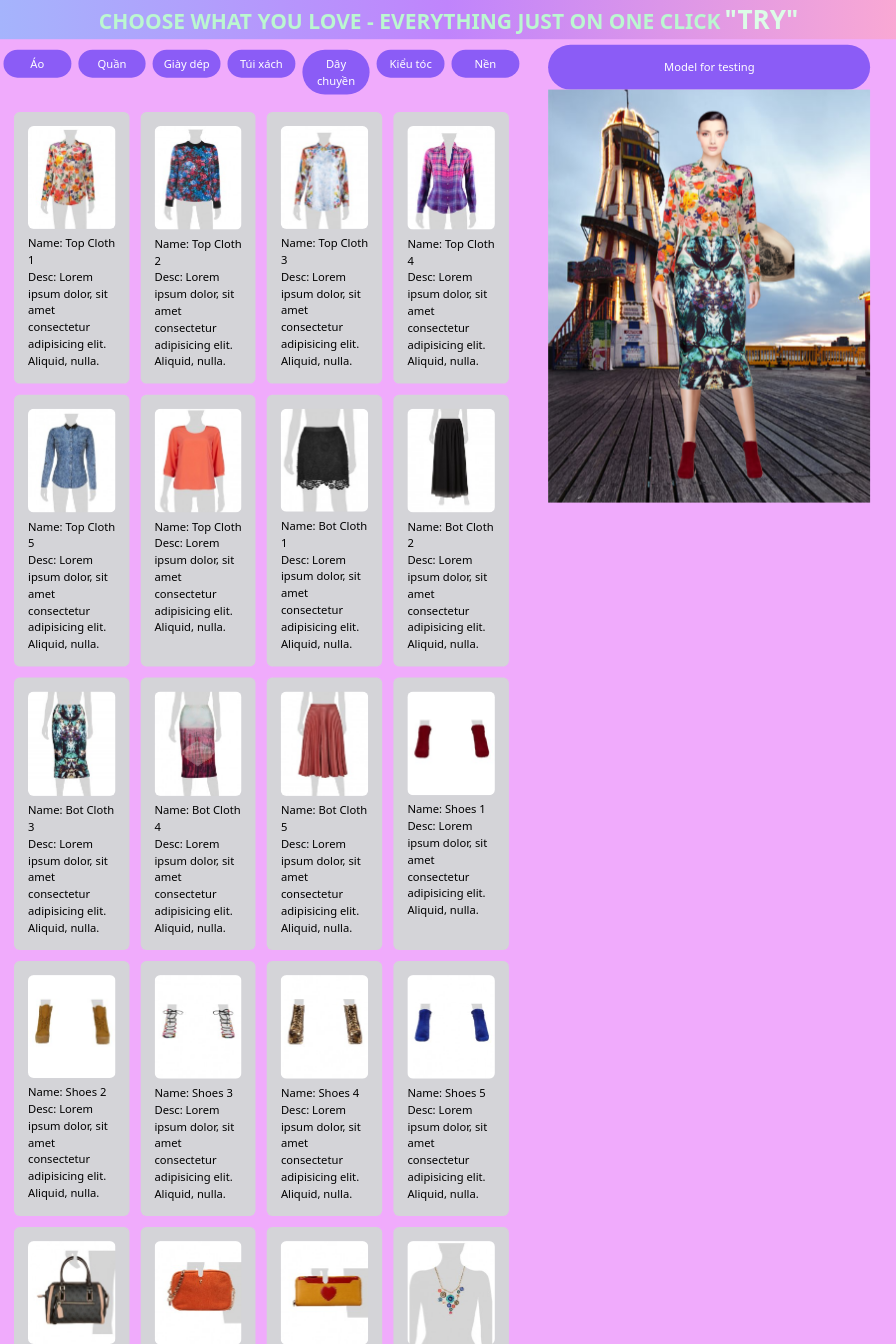
Repository: NguyenVietPhuQuy/ReactJs-TailWind-Redux-FunctionHook-ModelDesign
Page: / (app in modeldesign/)
An editor plug-in stored every save of this project. The page is shown before and after the next save, followed by the edit.
The browser window is 1280 px wide. The pictures show the part of the page from y = 0 to 1920 px (the page is 3468 px tall), at 70% of full size.
The project was rebuilt for these pictures with package versions that can differ from the ones it lists, and the page was loaded fresh each time. Also part of the build but not shown: modeldesign/src/App.css.

Above is the page before, as saved 2022-11-17 17:01:12.

### modeldesign/public/index.html
<!DOCTYPE html>
<html lang="en">
  <head>
    <meta charset="utf-8" />
    <link rel="icon" href="%PUBLIC_URL%/favicon.ico" />
    <meta name="viewport" content="width=device-width, initial-scale=1" />
    <meta name="theme-color" content="#000000" />
    <meta
      name="description"
      content="Web site created using create-react-app"
    />
    <!--bootstrap-->
    <link rel="stylesheet" href="https://cdnjs.cloudflare.com/ajax/libs/bootstrap/5.2.2/js/bootstrap.min.js">
    <link rel="apple-touch-icon" href="%PUBLIC_URL%/logo192.png" />
    <!--
      manifest.json provides metadata used when your web app is installed on a
      user's mobile device or desktop. See https://developers.google.com/web/fundamentals/web-app-manifest/
    -->
    <link rel="manifest" href="%PUBLIC_URL%/manifest.json" />
    <!--
      Notice the use of %PUBLIC_URL% in the tags above.
      It will be replaced with the URL of the `public` folder during the build.
      Only files inside the `public` folder can be referenced from the HTML.

      Unlike "/favicon.ico" or "favicon.ico", "%PUBLIC_URL%/favicon.ico" will
      work correctly both with client-side routing and a non-root public URL.
      Learn how to configure a non-root public URL by running `npm run build`.
    -->
    <title>React App</title>
  </head>
  <body>
    <noscript>You need to enable JavaScript to run this app.</noscript>
    <div id="root"></div>
    <!--
      This HTML file is a template.
      If you open it directly in the browser, you will see an empty page.

      You can add webfonts, meta tags, or analytics to this file.
      The build step will place the bundled scripts into the <body> tag.

      To begin the development, run `npm start` or `yarn start`.
      To create a production bundle, use `npm run build` or `yarn build`.
    -->
  </body>
</html>

### modeldesign/src/index.js
import React from 'react';
import ReactDOM from 'react-dom/client';
import './index.css';
import App from './App';
import reportWebVitals from './reportWebVitals';
import {Provider} from 'react-redux'
import store from './Components/Reducer/Store';
const root = ReactDOM.createRoot(document.getElementById('root'));
root.render(
  <React.StrictMode>
    <Provider store ={store}>
    <App/>
    </Provider>
  </React.StrictMode>
);

// If you want to start measuring performance in your app, pass a function
// to log results (for example: reportWebVitals(console.log))
// or send to an analytics endpoint. Learn more: https://bit.ly/CRA-vitals
reportWebVitals();

### modeldesign/src/App.js
import React from 'react';
import './App.css';
import Home from './Components/Home.js'
function App() {
  return (
    <div>
      <Home/>
    </div>
  );
}

export default App;

### modeldesign/src/Components/Reducer/Store.js
import {createStore} from "redux"
import rootReducer from "./RootReducer"

const store = createStore(rootReducer,window.__REDUX_DEVTOOLS_EXTENSION__ && window.__REDUX_DEVTOOLS_EXTENSION__())
export default store

### modeldesign/src/Components/Home.js
import React from "react";
import Header from './Header.js'
import Category from "./Category.js";
import ProductList from "./ProductList.js";
import Model from "./Model.js";
function Home() {
    return (
        <div className="container mx-auto relative bg-fuchsia-300">
            <section className=
            " bg-gradient-to-r from-indigo-300 via-purple-400 to-pink-300 w-full ring-2 ring-transparent">
                    <Header/>
            </section>
            <section className="main flex flex-row">
                <div className="basis-7/12">
                    <Category/>
                    <ProductList/>
                </div>
                <div className="basis-5/12">
                    <Model />
                </div>
            </section>
        </div>
    )
}
export default Home

### modeldesign/src/Components/Reducer/RootReducer.js
import { combineReducers } from "redux";
import ProductReducer from './ProductReducer'
import CategoryReducer from './CategoryReducer'

const RootReducer = combineReducers({
    products: ProductReducer,
    categories: CategoryReducer,

})

export default RootReducer

### modeldesign/src/Components/Header.js
import React from "react";
import 'animate.css'
function Header(){
    return (
        <div className="text-center text-3xl p-2 font-semibold text-green-200 ">
            CHOOSE WHAT YOU LOVE - EVERYTHING JUST ON ONE CLICK <span className="text-green-100 font-bold text-4xl animate__animated animate__pulse animate__infinite inline-block">"TRY" </span>
        </div>
    )
}
export default Header

### modeldesign/src/Components/Category.js
import React from "react";
import { useSelector } from 'react-redux'


function Category(props) {
    const returnValue = useSelector(state => state.categories.category)
    return (
        <div className=" flex flex-row w-full">
            {returnValue.map((item) => {
                return (
                    <div key={item.tabName}className="w-1/2" style={{marginTop: 10, padding:5}}>
                        <button className="p-2 w-full rounded-full text-white hover:text-pink-100
                         bg-violet-500 hover:bg-violet-600 active:bg-violet-700 focus:outline-none
                         ease-in duration-200"
                         style={{ outline:"none",border: "none"}} >
                            {item.showName}
                        </button>
                    </div>
                )
            })}
        </div>
    )
}

export default Category

### modeldesign/src/Components/ProductList.js
import React from "react";
import { useSelector } from "react-redux";
function ProductList() {
    const productList = useSelector(state => state.products.product)
    console.log(productList)
    return (
        <div className="grid grid-cols-4 gap-4 m-5 text-left">
            {productList.map(item => {
                return (
                    <div className="card hover:bg-zinc-400  bg-zinc-300 rounded-lg p-5 ease-in duration-100">
                        <img alt="" src={item.imgSrc_jpg}  className="rounded-lg flex-shrink-0 w-full"></img>
                        <div className="mt-2">
                        <span style={{display:"block"}}>Name: {item.name}</span>
                        <span style={{display:"block"}}>Desc: {item.desc}</span>
                        </div>
                    </div>
                )
            })}
        </div>)
}
export default ProductList

### modeldesign/src/Components/Model.js
import React from "react";
import './Model.css'
function Model() {
    return (
        <div className="p-2  justify-center items-center flex flex-col ">
            <div className="text-center p-5 rounded-full text-white hover:text-pink-100
                         bg-violet-500 hover:bg-violet-600 active:bg-violet-700 focus:outline-none
                         ease-in duration-200 flex  justify-center items-center "
                 style={{width:460}}
                         >Model for testing</div>
            <div className="contain  " style={{ backgroundImage: `url(/images/background/background1.jpg)` }}>
                <div className="body" style={{ backgroundImage: "url(images/allbody/bodynew.png)" }} />
                <div className="model" style={{ backgroundImage: "url(images/model/1000new.png)" }} />
                <div className="bikinitop" style={{ backgroundImage: `url(/images/allbody/bikini_bra.png)` }} />
                <div className="bikinitop top-cloth" style={{ backgroundImage: `url(/images/clothes/topcloth1.png)` }} />
                <div className="bikinibottom" style={{ backgroundImage: "url(images/allbody/bikini_pantsnew.png)" }} />
                <div className="bikinitop bot-cloth" style={{ backgroundImage: `url(/images/clothes/botcloth3.png)` }} />
                <div className="feetleft" style={{ backgroundImage: "url(images/allbody/feet_high_leftnew.png)" }} />
                <div className="feetright" style={{ backgroundImage: "url(images/allbody/feet_high_rightnew.png)" }} />
                <div className="shoes" style={{ backgroundImage: `url(/images/shoes/shoes1.png)` }} />
            </div>
        </div>)
}
export default Model

### modeldesign/src/Components/Reducer/ProductReducer.js

const initialState = {
    product: [{
        id: 'topcloth_1',
        type: "topclothes",
        name: "Top Cloth 1",
        desc: "Lorem ipsum dolor, sit amet consectetur adipisicing elit. Aliquid, nulla.",
        imgSrc_jpg: 'images/clothes/topcloth1_show.jpg',
        imgSrc_png: 'images/clothes/topcloth1.png',
    },
    {
        id: 'topcloth_2',
        type: "topclothes",
        name: "Top Cloth 2",
        desc: "Lorem ipsum dolor, sit amet consectetur adipisicing elit. Aliquid, nulla.",
        imgSrc_jpg: 'images/clothes/topcloth2_show.jpg',
        imgSrc_png: 'images/clothes/topcloth2.png',
    },
    {
        id: 'topcloth_3',
        type: "topclothes",
        name: "Top Cloth 3",
        desc: "Lorem ipsum dolor, sit amet consectetur adipisicing elit. Aliquid, nulla.",
        imgSrc_jpg: 'images/clothes/topcloth3_show.jpg',
        imgSrc_png: 'images/clothes/topcloth3.png',
    },
    {
        id: 'topcloth_4',
        type: "topclothes",
        name: "Top Cloth 4",
        desc: "Lorem ipsum dolor, sit amet consectetur adipisicing elit. Aliquid, nulla.",
        imgSrc_jpg: 'images/clothes/topcloth4_show.jpg',
        imgSrc_png: 'images/clothes/topcloth4.png',
    },
    {
        id: 'topcloth_5',
        type: "topclothes",
        name: "Top Cloth 5",
        desc: "Lorem ipsum dolor, sit amet consectetur adipisicing elit. Aliquid, nulla.",
        imgSrc_jpg: 'images/clothes/topcloth5_show.jpg',
        imgSrc_png: 'images/clothes/topcloth5.png',
    },
    {
        id: 'topcloth_6',
        type: "topclothes",
        name: "Top Cloth ",
        desc: "Lorem ipsum dolor, sit amet consectetur adipisicing elit. Aliquid, nulla.",
        imgSrc_jpg: 'images/clothes/topcloth6_show.jpg',
        imgSrc_png: 'images/clothes/topcloth6.png',
    },

    // Both clothes
    {
        id: 'botcloth_1',
        type: "botclothes",
        name: "Bot Cloth 1",
        desc: "Lorem ipsum dolor, sit amet consectetur adipisicing elit. Aliquid, nulla.",
        imgSrc_jpg: 'images/clothes/botcloth1_show.jpg',
        imgSrc_png: 'images/clothes/botcloth1.png',
    },
    {
        id: 'botcloth_2',
        type: "botclothes",
        name: "Bot Cloth 2",
        desc: "Lorem ipsum dolor, sit amet consectetur adipisicing elit. Aliquid, nulla.",
        imgSrc_jpg: 'images/clothes/botcloth2_show.jpg',
        imgSrc_png: 'images/clothes/botcloth2.png',
    },
    {
        id: 'botcloth_3',
        type: "botclothes",
        name: "Bot Cloth 3",
        desc: "Lorem ipsum dolor, sit amet consectetur adipisicing elit. Aliquid, nulla.",
        imgSrc_jpg: 'images/clothes/botcloth3_show.jpg',
        imgSrc_png: 'images/clothes/botcloth3.png',
    },
    {
        id: 'botcloth_4',
        type: "botclothes",
        name: "Bot Cloth 4",
        desc: "Lorem ipsum dolor, sit amet consectetur adipisicing elit. Aliquid, nulla.",
        imgSrc_jpg: 'images/clothes/botcloth4_show.jpg',
        imgSrc_png: 'images/clothes/botcloth4.png',
    },
    {
        id: 'botcloth_5',
        type: "botclothes",
        name: "Bot Cloth 5",
        desc: "Lorem ipsum dolor, sit amet consectetur adipisicing elit. Aliquid, nulla.",
        imgSrc_jpg: 'images/clothes/botcloth5_show.jpg',
        imgSrc_png: 'images/clothes/botcloth5.png',
    },

    // Shoes
    {
        id: 'shoes_1',
        type: "shoes",
        name: "Shoes 1",
        desc: "Lorem ipsum dolor, sit amet consectetur adipisicing elit. Aliquid, nulla.",
        imgSrc_jpg: 'images/shoes/shoes1_show.jpg',
        imgSrc_png: 'images/shoes/shoes1.png',
    },
    {
        id: 'shoes_2',
        type: "shoes",
        name: "Shoes 2",
        desc: "Lorem ipsum dolor, sit amet consectetur adipisicing elit. Aliquid, nulla.",
        imgSrc_jpg: 'images/shoes/shoes2_show.jpg',
        imgSrc_png: 'images/shoes/shoes2.png',
    },
    {
        id: 'shoes_3',
        type: "shoes",
        name: "Shoes 3",
        desc: "Lorem ipsum dolor, sit amet consectetur adipisicing elit. Aliquid, nulla.",
        imgSrc_jpg: 'images/shoes/shoes3_show.jpg',
        imgSrc_png: 'images/shoes/shoes3.png',
    },
    {
        id: 'shoes_4',
        type: "shoes",
        name: "Shoes 4",
        desc: "Lorem ipsum dolor, sit amet consectetur adipisicing elit. Aliquid, nulla.",
        imgSrc_jpg: 'images/shoes/shoes4_show.jpg',
        imgSrc_png: 'images/shoes/shoes4.png',
    },
    {
        id: 'shoes_5',
        type: "shoes",
        name: "Shoes 5",
        desc: "Lorem ipsum dolor, sit amet consectetur adipisicing elit. Aliquid, nulla.",
        imgSrc_jpg: 'images/shoes/shoes5_show.jpg',
        imgSrc_png: 'images/shoes/shoes5.png',
    },

    // Handbags
    {
        id: 'handbag_1',
        type: "handbags",
        name: "Handbag 1",
        desc: "Lorem ipsum dolor, sit amet consectetur adipisicing elit. Aliquid, nulla.",
        imgSrc_jpg: 'images/handbags/handbag1_show.jpg',
        imgSrc_png: 'images/handbags/handbag1.png',
    },
    {
        id: 'handbag_2',
        type: "handbags",
        name: "Handbag 2",
        desc: "Lorem ipsum dolor, sit amet consectetur adipisicing elit. Aliquid, nulla.",
        imgSrc_jpg: 'images/handbags/handbag2_show.jpg',
        imgSrc_png: 'images/handbags/handbag2.png',
    },
    {
        id: 'handbag_3',
        type: "handbags",
        name: "Handbag 3",
        desc: "Lorem ipsum dolor, sit amet consectetur adipisicing elit. Aliquid, nulla.",
        imgSrc_jpg: 'images/handbags/handbag3_show.jpg',
        imgSrc_png: 'images/handbags/handbag3.png',
    },

    // Necklaces
    {
        id: 'necklace_1',
        type: "necklaces",
        name: "Necklace 1",
        desc: "Lorem ipsum dolor, sit amet consectetur adipisicing elit. Aliquid, nulla.",
        imgSrc_jpg: 'images/necklaces/necklace1_show.jpg',
        imgSrc_png: 'images/necklaces/necklace1.png',
    },
    {
        id: 'necklace_2',
        type: "necklaces",
        name: "Necklace 2",
        desc: "Lorem ipsum dolor, sit amet consectetur adipisicing elit. Aliquid, nulla.",
        imgSrc_jpg: 'images/necklaces/necklace2_show.jpg',
        imgSrc_png: 'images/necklaces/necklace2.png',
    },
    {
        id: 'necklace_3',
        type: "necklaces",
        name: "Necklace 3",
        desc: "Lorem ipsum dolor, sit amet consectetur adipisicing elit. Aliquid, nulla.",
        imgSrc_jpg: 'images/necklaces/necklace3_show.jpg',
        imgSrc_png: 'images/necklaces/necklace3.png',
    },

    // Hairstyle
    {
        id: 'hairstyle_1',
        type: "hairstyle",
        name: "Hairstyle 1",
        desc: "Lorem ipsum dolor, sit amet consectetur adipisicing elit. Aliquid, nulla.",
        imgSrc_jpg: 'images/hairstyle/hairstyle1_show.jpg',
        imgSrc_png: 'images/hairstyle/hairstyle1.png',
    },
    {
        id: 'hairstyle_2',
        type: "hairstyle",
        name: "Hairstyle 2",
        desc: "Lorem ipsum dolor, sit amet consectetur adipisicing elit. Aliquid, nulla.",
        imgSrc_jpg: 'images/hairstyle/hairstyle2_show.jpg',
        imgSrc_png: 'images/hairstyle/hairstyle2.png',
    },
    {
        id: 'hairstyle_3',
        type: "hairstyle",
        name: "Hairstyle 3",
        desc: "Lorem ipsum dolor, sit amet consectetur adipisicing elit. Aliquid, nulla.",
        imgSrc_jpg: 'images/hairstyle/hairstyle3_show.jpg',
        imgSrc_png: 'images/hairstyle/hairstyle3.png',
    },

    // Background
    {
        id: 'background_1',
        type: "background",
        name: "Background 1",
        desc: "Lorem ipsum dolor, sit amet consectetur adipisicing elit. Aliquid, nulla.",
        imgSrc_jpg: 'images/background/background1_show.jpg',
        imgSrc_png: 'images/background/background1.jpg',
    },
    {
        id: 'background_2',
        type: "background",
        name: "Background 2",
        desc: "Lorem ipsum dolor, sit amet consectetur adipisicing elit. Aliquid, nulla.",
        imgSrc_jpg: 'images/background/background2_show.jpg',
        imgSrc_png: 'images/background/background2.jpg',
    },
    {
        id: 'background_3',
        type: "background",
        name: "Background 3",
        desc: "Lorem ipsum dolor, sit amet consectetur adipisicing elit. Aliquid, nulla.",
        imgSrc_jpg: 'images/background/background3_show.jpg',
        imgSrc_png: 'images/background/background3.jpg',
    },
    {
        id: 'background_4',
        type: "background",
        name: "Background 4",
        desc: "Lorem ipsum dolor, sit amet consectetur adipisicing elit. Aliquid, nulla.",
        imgSrc_jpg: 'images/background/background4_show.jpg',
        imgSrc_png: 'images/background/background4.jpg',
    },
    {
        id: 'background_5',
        type: "background",
        name: "Background 5",
        desc: "Lorem ipsum dolor, sit amet consectetur adipisicing elit. Aliquid, nulla.",
        imgSrc_jpg: 'images/background/background5_show.jpg',
        imgSrc_png: 'images/background/background5.jpg',
    },
    {
        id: 'background_6',
        type: "background",
        name: "Background 6",
        desc: "Lorem ipsum dolor, sit amet consectetur adipisicing elit. Aliquid, nulla.",
        imgSrc_jpg: 'images/background/background6_show.jpg',
        imgSrc_png: 'images/background/background6.jpg',
    },
    {
        id: 'background_7',
        type: "background",
        name: "Background 7",
        desc: "Lorem ipsum dolor, sit amet consectetur adipisicing elit. Aliquid, nulla.",
        imgSrc_jpg: 'images/background/background7_show.jpg',
        imgSrc_png: 'images/background/background7.jpg',
    },
    ],
}
const ProductReducer = (state = initialState) => {
    return state
}

export default ProductReducer

### modeldesign/src/Components/Reducer/CategoryReducer.js
const initialState ={
    category: [
        { tabName: 'tabTopClothes', showName: 'Áo', type: 'topclothes' },
        { tabName: 'tabBotClothes', showName: 'Quần', type: 'botclothes' },
        { tabName: 'tabShoes', showName: 'Giày dép', type: 'shoes' },
        { tabName: 'tabHandBags', showName: 'Túi xách', type: 'handbags' },
        { tabName: 'tabNecklaces', showName: 'Dây chuyền', type: 'necklaces' },
        { tabName: 'tabHairStyle', showName: 'Kiểu tóc', type: 'hairstyle' },
        { tabName: 'tabBackground', showName: 'Nền', type: 'background' }
    ]
}
const CategoryReducer = (state=initialState) =>{
    return state
}
export default CategoryReducer

### modeldesign/src/Components/Model.css
.contain {
    width: 460px;
    height: 590px;
    margin: 0 auto;
    position: relative;
  }
  .body {
    width: 250px;
    height: 500px;
    position: absolute;
    top: 12%;
    left: 22%;
  }
  .bikinitop {
    width: 250px;
    height: 500px;
    position: absolute;
    top: 12%;
    left: 22%;
    z-index: 1;
  }
  .top-cloth {
    background-size: cover;
    z-index: 3;
  }

  .bikinibottom {
    width: 250px;
    height: 500px;
    position: absolute;
    top: 12%;
    left: 22%;
    z-index: 1;
  }

  .bot-cloth {
    background-size: cover;
    z-index: 3;
  }

  .model {
    width: 60px;
    height: 77px;
    position: absolute;
    top: 5%;
    left: 45.5%;
    z-index: 1;
  }

  .feetleft {
    width: 25px;
    height: 41px;
    position: absolute;
    bottom: 6.5%;
    left: 40.4%;
    z-index: 1;
  }

  .feetright {
    width: 25px;
    height: 41px;
    position: absolute;
    bottom: 6.5%;
    right: 33.3%;
    z-index: 1;
  }
  .shoes {
    width: 500px;
    height: 1000px;
    position: absolute;
    bottom: -40%;
    right: -3.5%;
    transform: scale(0.5);
    z-index: 1;
  }

  .hairstyle {
    width: 1000px;
    height: 1000px;
    position: absolute;
    top: -75%;
    right: -57%;
    transform: scale(0.16);
    z-index: 4;
  }

  .handbag {
    width: 500px;
    height: 1000px;
    position: absolute;
    bottom: -40.5%;
    right: -3.5%;
    transform: scale(0.5);
    z-index: 4;
  }

  .necklace {
    width: 500px;
    height: 1000px;
    position: absolute;
    bottom: -40%;
    right: -3.5%;
    transform: scale(0.5);
    z-index: 4;
  }

Loaded but not shown: modeldesign/src/index.css (common file); modeldesign/src/reportWebVitals.js (common file); modeldesign/tailwind.config.js (common file)

After the next save:
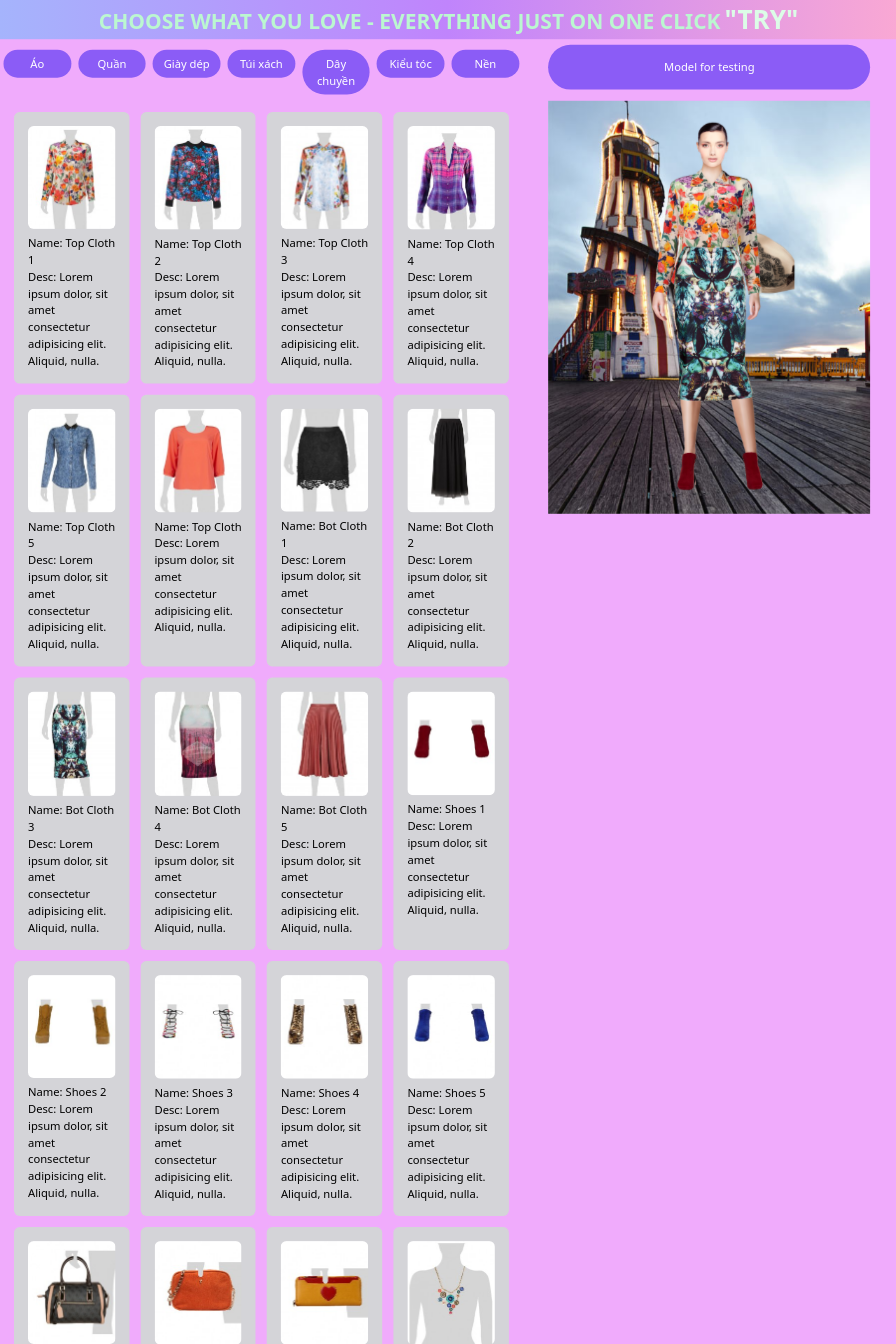
Saved 4 s later.
--- a/modeldesign/src/Components/Model.js
+++ b/modeldesign/src/Components/Model.js
@@ -5,7 +5,7 @@ function Model() {
         <div className="p-2  justify-center items-center flex flex-col ">
             <div className="text-center p-5 rounded-full text-white hover:text-pink-100
                          bg-violet-500 hover:bg-violet-600 active:bg-violet-700 focus:outline-none
-                         ease-in duration-200 flex  justify-center items-center "
+                         ease-in duration-200 flex  justify-center items-center mb-4"
                  style={{width:460}}
                          >Model for testing</div>
             <div className="contain  " style={{ backgroundImage: `url(/images/background/background1.jpg)` }}>
